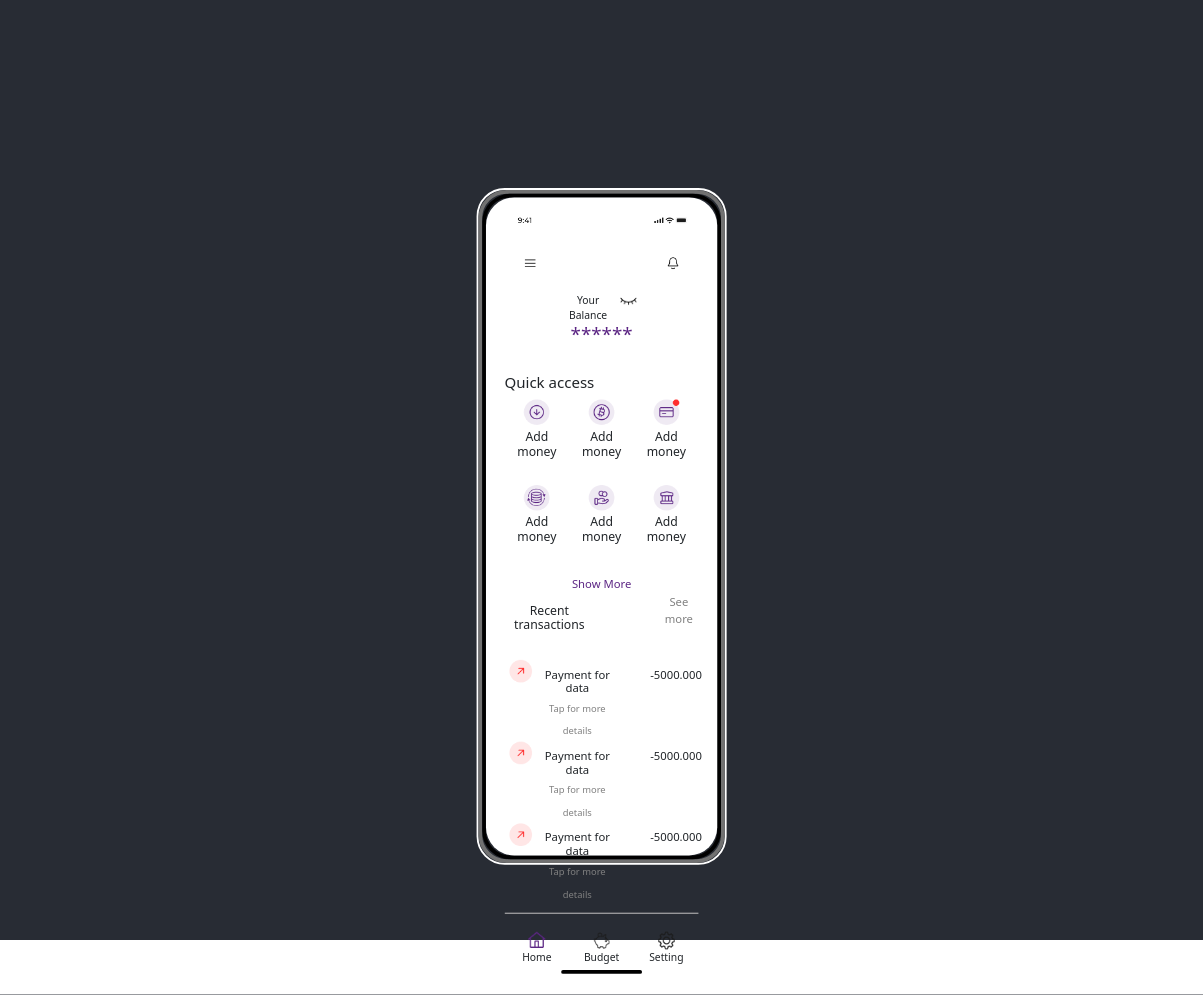
Repository: sarahnnanyelugo/fcmb-hackathon
Page: /
An editor plug-in stored every save of this project. The page is shown before and after the next save, followed by the edit.
The browser window is 1280 px wide. The pictures show the whole page, at 94% of full size.
The project was rebuilt for these pictures with package versions that can differ from the ones it lists, and the page was loaded fresh each time.

Above is the page before, as saved 2023-10-28 19:58:53.

After the next save:
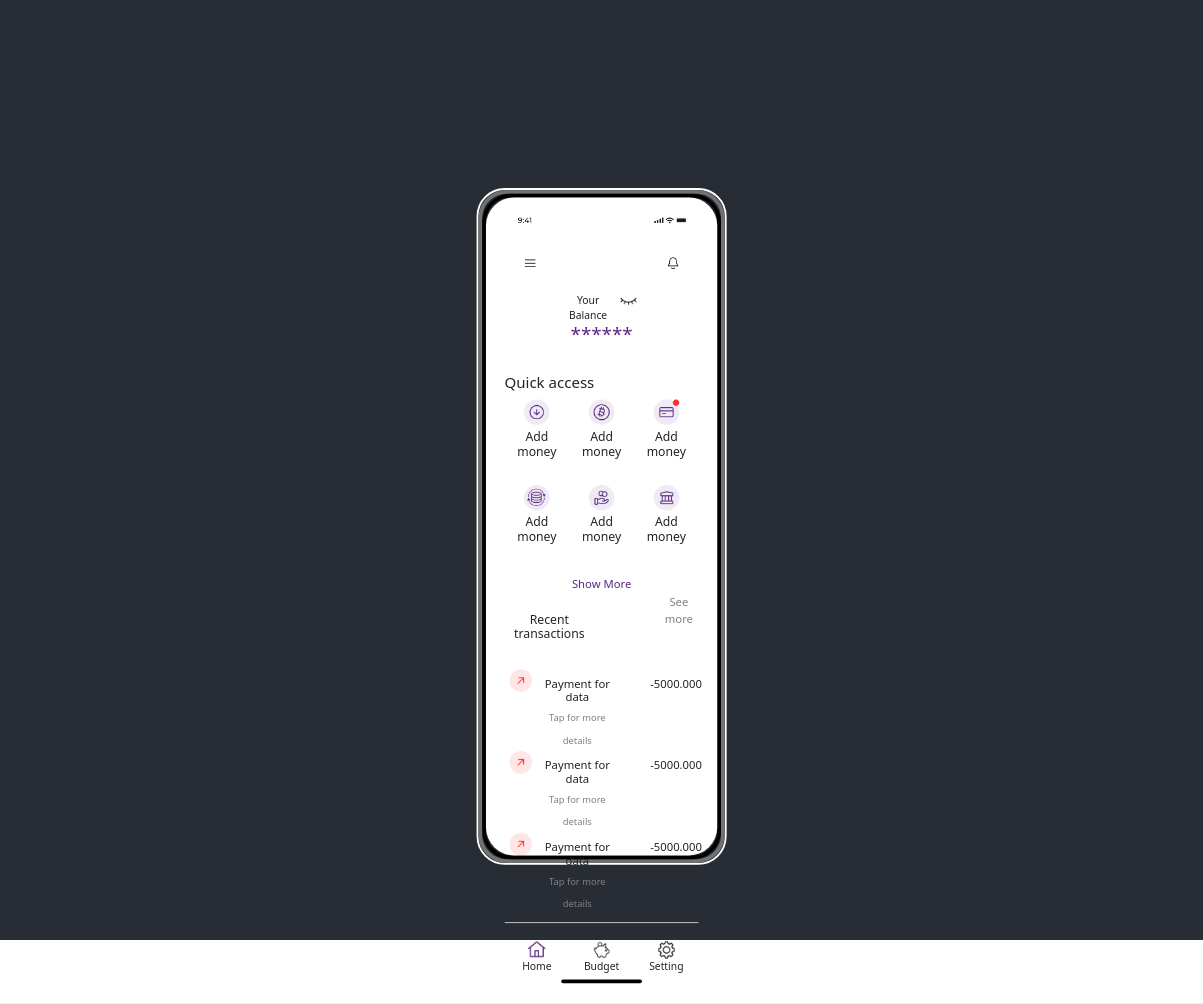
Saved 15 s later.
--- a/src/App.js
+++ b/src/App.js
@@ -110,7 +110,7 @@ function App() {
                       </div>
                       <a href="#">Show More</a>
                       <div className="flexy">
-                        <h6 style={{ fontSize: "13px", marginTop: "10px" }}>
+                        <h6 style={{ fontSize: "13px", marginTop: "20px" }}>
                           Recent transactions
                         </h6>
                         <small
